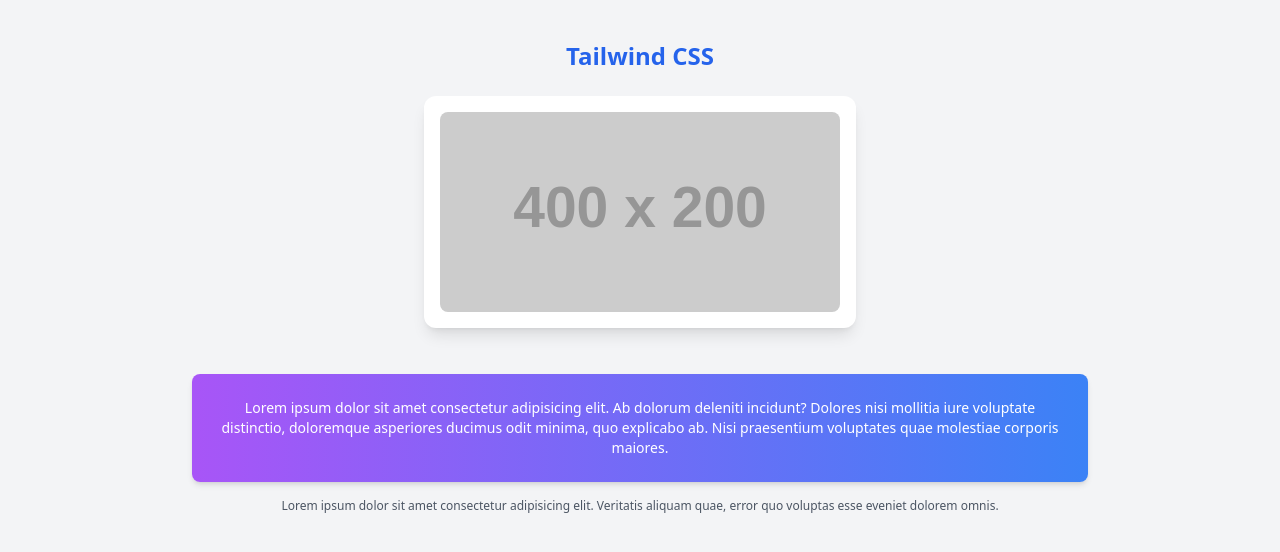
Repository: kiqisux/challenge-html
Page: Challenge_24116117.html
An editor plug-in stored every save of this project. The page is shown before and after the next save, followed by the edit.
The browser window is 1280 px wide. The pictures show the whole page.
Some web libraries are served in a nearby version.

Above is the page before, as saved 2026-05-04 09:20:27.

### Challenge_24116117.html
<!DOCTYPE html>
<html lang="en">
<head>
  <meta charset="UTF-8">
  <meta name="viewport" content="width=device-width, initial-scale=1.0">
  <title>Tailwind Challenge</title>

  <!-- CDN Tailwind -->
  <script src="https://cdn.tailwindcss.com"></script>
</head>
<body class="bg-gray-100">

  <!-- Container -->
  <div class="max-w-4xl mx-auto text-center mt-10">

    <!-- Title -->
    <h1 class="text-2xl font-bold text-blue-600 mb-6">
      Tailwind CSS
    </h1>

    <!-- Card Image -->
    <div class="bg-white rounded-xl shadow-lg p-4 inline-block">
      <img src="https://via.placeholder.com/400x200"
           alt="Mobile Development"
           class="rounded-lg">
    </div>

    <!-- Gradient Section -->
    <div class="mt-10 bg-gradient-to-r from-purple-500 to-blue-500 text-white p-6 rounded-lg shadow-md">
      <p class="text-sm">
        Lorem ipsum dolor sit amet consectetur adipisicing elit. Ab dolorum
        deleniti incidunt? Dolores nisi mollitia iure voluptate distinctio,
        doloremque asperiores ducimus odit minima, quo explicabo ab. Nisi
        praesentium voluptates quae molestiae corporis maiores.
      </p>
    </div>

    <!-- Small Text -->
    <p class="text-xs text-gray-600 mt-4">
      Lorem ipsum dolor sit amet consectetur adipisicing elit. Veritatis
      aliquam quae, error quo voluptas esse eveniet dolorem omnis.
    </p>

  </div>

</body>
</html>

After the next save:
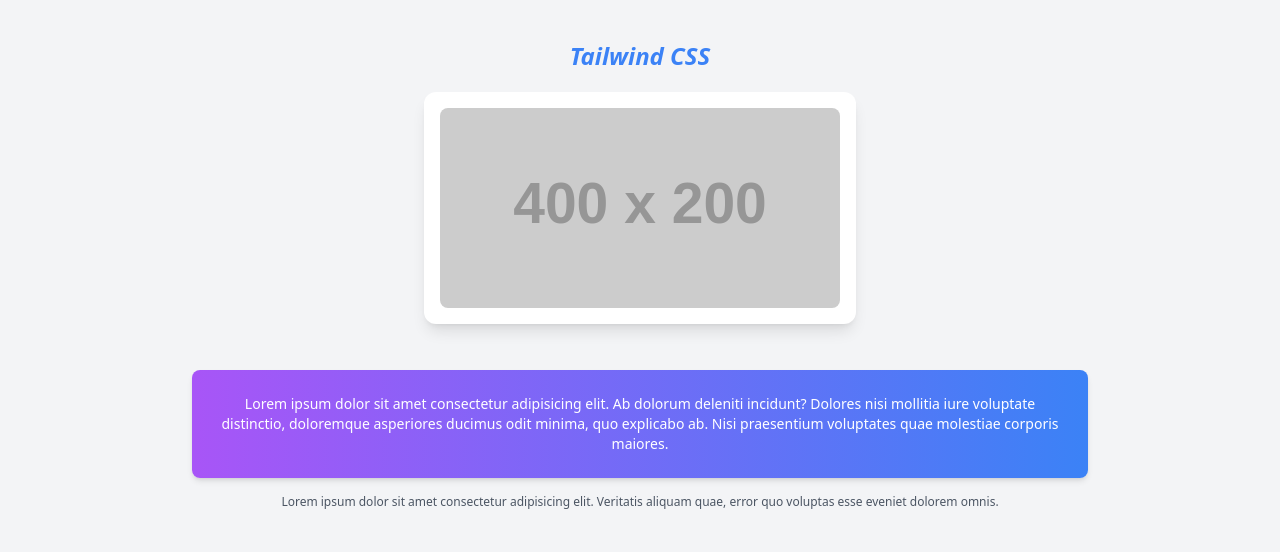
Saved 98 s later.
--- a/Challenge_24116117.html
+++ b/Challenge_24116117.html
@@ -14,7 +14,7 @@
   <div class="max-w-4xl mx-auto text-center mt-10">
 
     <!-- Title -->
-    <h1 class="text-2xl font-bold text-blue-600 mb-6">
+    <h1 class="text-2xl font-bold italic text-blue-500 m-5 text-center">
       Tailwind CSS
     </h1>
 
